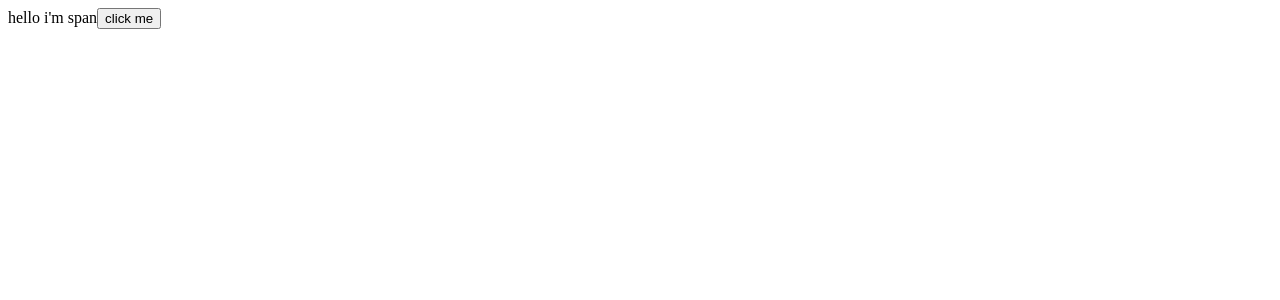
Repository: TaewookKwak/React
Page: index.html
The author's editor kept a copy of each file at every save. The page is drawn from the files as they stood at one save, then again after a run of saves.
The browser window is 1280 px wide. The pictures show the whole page.

Above is the page before, as saved 2021-12-14 15:58:22.

After the next 2 saves:
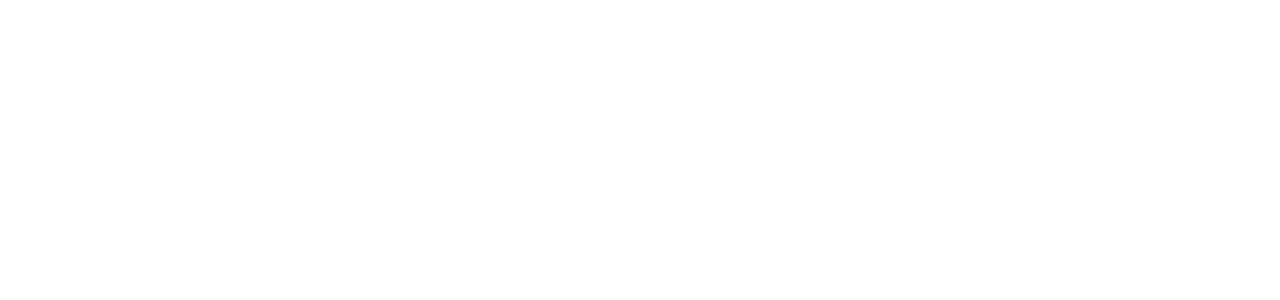
Console error: SyntaxError: Unexpected token '-'
The 2 saves are shown as one change because they came seconds apart.
The last was saved 3 min 25 s later.
--- a/index.html
+++ b/index.html
@@ -12,6 +12,9 @@
     }, "hello i'm span");
     const button = React.createElement('button', {
         onClick: () => console.log('im clicked'),
+        style : {
+            background-color : 'tomato',
+        }
     }, 'click me');
     const container = React.createElement('div', null, [span, button]);
     ReactDOM.render(container, root);

After the save that followed:
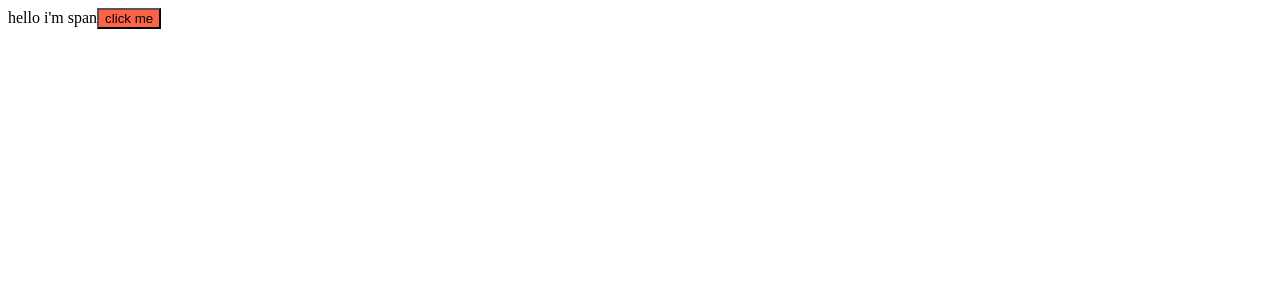
The error is gone.
Saved 8 s later.
--- a/index.html
+++ b/index.html
@@ -13,7 +13,7 @@
     const button = React.createElement('button', {
         onClick: () => console.log('im clicked'),
         style : {
-            background-color : 'tomato',
+            backgroundColor : 'tomato',
         }
     }, 'click me');
     const container = React.createElement('div', null, [span, button]);
